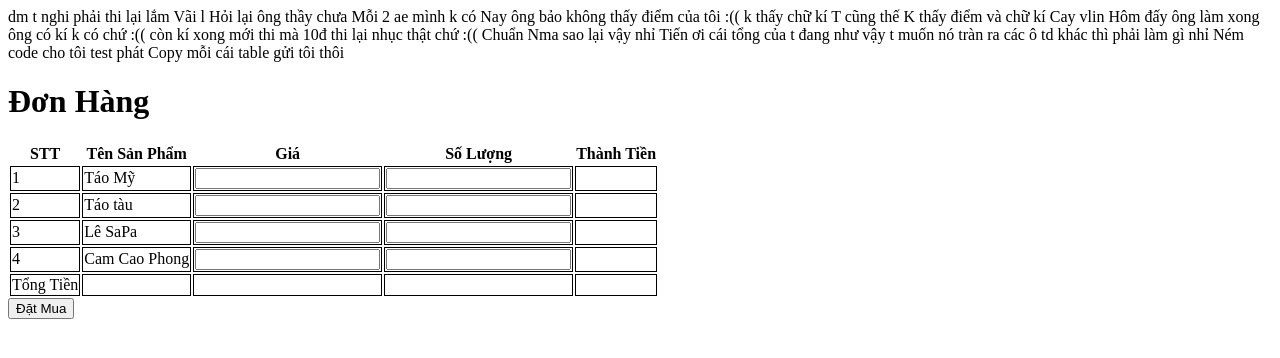
Repository: tienaq123/DuAn_1
Page: abc.html
These files come from the project's save history. The page is drawn as it stood at one moment and after the next save; the edit follows.
The browser window is 1280 px wide. The pictures show the whole page.

Above is the page before, as saved 2023-07-23 12:04:13.

### abc.html
dm t nghi phải thi lại lắm
Vãi l
Hỏi lại ông thầy chưa
Mỗi 2 ae mình k có
Nay ông bảo không thấy điểm của tôi :((
k thấy chữ kí
T cũng thế
K thấy điểm và chữ kí
Cay vlin
Hôm đấy ông làm xong ông có kí k
có chứ :((
còn kí xong mới thi mà
10đ thi lại nhục thật chứ :((
Chuẩn
Nma sao lại vậy nhỉ
Tiến ơi
cái tổng của t đang như vậy
t muốn nó tràn ra các ô td khác thì phải làm gì nhỉ
Ném code cho tôi test phát
Copy mỗi cái table gửi tôi thôi
<!DOCTYPE html>
<html lang="en">

<head>
    <meta charset="UTF-8">
    <meta http-equiv="X-UA-Compatible" content="IE=edge">
    <meta name="viewport" content="width=device-width, initial-scale=1.0">
    <title>Document</title>
    <style>
        .body {
            width: 1200px;
            margin: auto;
        }

        td {
            border: 1px solid black;
        }
    </style>
</head>

<body>
    <div class="container">
        <h1>Đơn Hàng</h1>
        <form action="" name="frmDonHang" onsubmit="return validate()">
            <table>
                <tr>
                    <th>STT</th>
                    <th>Tên Sản Phẩm</th>
                    <th>Giá</th>
                    <th>Số Lượng</th>
                    <th>Thành Tiền</th>
                </tr>
                <tr>
                    <td>1</td>
                    <td>Táo Mỹ</td>
                    <td><input type="number" class="txtGia" min="0"></td>
                    <td><input type="number" class="txtSL" id="" min="0"></td>
                    <td><span class="thanhTien"></span></td>
                </tr>
                <tr>
                    <td>2</td>
                    <td>Táo tàu</td>
                    <td><input type="number" class="txtGia" min="0"></td>
                    <td><input type="number" class="txtSL" id="" min="0"></td>
                    <td><span class="thanhTien"></span></td>
                </tr>
                <tr>
                    <td>3</td>
                    <td>Lê SaPa</td>
                    <td><input type="number" class="txtGia" min="0"></td>
                    <td><input type="number" class="txtSL" id="" min="0"></td>
                    <td><span class="thanhTien"></span></td>
                </tr>
                <tr>
                    <td>4</td>
                    <td>Cam Cao Phong</td>
                    <td><input type="number" class="txtGia" min="0"></td>
                    <td><input type="number" class="txtSL" id="" min="0"></td>
                    <td><span class="thanhTien"></span></td>
                </tr>
                <tr>
                    <td>Tổng Tiền</td>
                    <td></td>
                    <td></td>
                    <td></td>
                    <td><span class="tongTien"></span></td>
                </tr>
            </table>
            <button>Đặt Mua</button>
        </form>
        <script>
            var txtGia = document.querySelectorAll(".txtGia");
            var txtSL = document.querySelectorAll(".txtSL");
            txtGia.forEach(function (item) {
                item.onchange = function () {
                    let gia = item.value;
                    let sl = item.parentNode.parentNode.querySelector(".txtSL").value;
                    item.parentNode.parentNode.querySelector(".thanhTien").innerHTML = sl * gia;
                    tinhTongtien();
                }
            })
            txtSL.forEach(function (item) {
                item.onchange = function () {
                    let sl = item.value;
                    let gia = item.parentNode.parentNode.querySelector(".txtGia").value;
                    item.parentNode.parentNode.querySelector(".thanhTien").innerHTML = sl * gia;
                    tinhTongtien();
                }
            })

            function tinhTongtien() {
                var tongTien = document.querySelector(".tongTien");
                var thanhTien = document.querySelectorAll(".thanhTien");
                var tong = 0;
                for (let i = 0; i < thanhTien.length; i++) {
                    tong += Number(thanhTien[i].innerHTML);
                }
                tongTien.innerHTML = tong;
            }
        </script>
    </div>
</body>

</html>

After the next save:
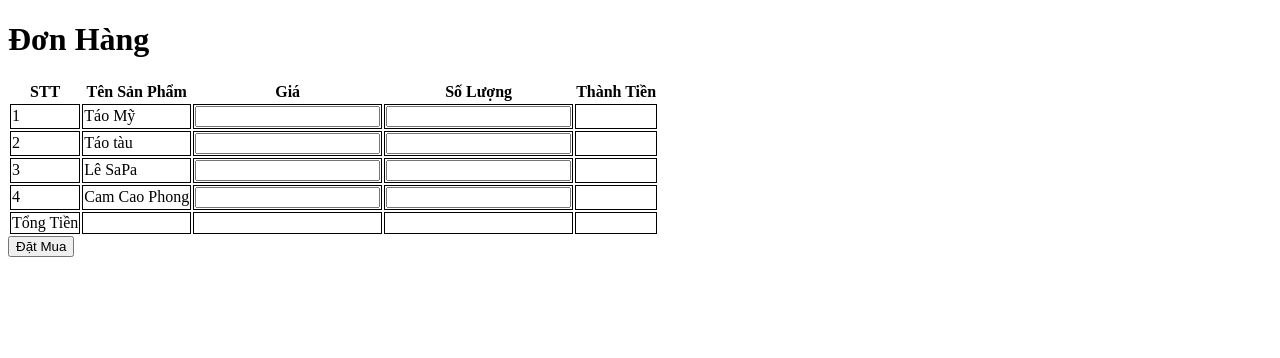
Saved 16 s later.
--- a/abc.html
+++ b/abc.html
@@ -1,23 +1,3 @@
-dm t nghi phải thi lại lắm
-Vãi l
-Hỏi lại ông thầy chưa
-Mỗi 2 ae mình k có
-Nay ông bảo không thấy điểm của tôi :((
-k thấy chữ kí
-T cũng thế
-K thấy điểm và chữ kí
-Cay vlin
-Hôm đấy ông làm xong ông có kí k
-có chứ :((
-còn kí xong mới thi mà
-10đ thi lại nhục thật chứ :((
-Chuẩn
-Nma sao lại vậy nhỉ
-Tiến ơi
-cái tổng của t đang như vậy
-t muốn nó tràn ra các ô td khác thì phải làm gì nhỉ
-Ném code cho tôi test phát
-Copy mỗi cái table gửi tôi thôi
 <!DOCTYPE html>
 <html lang="en">
 
